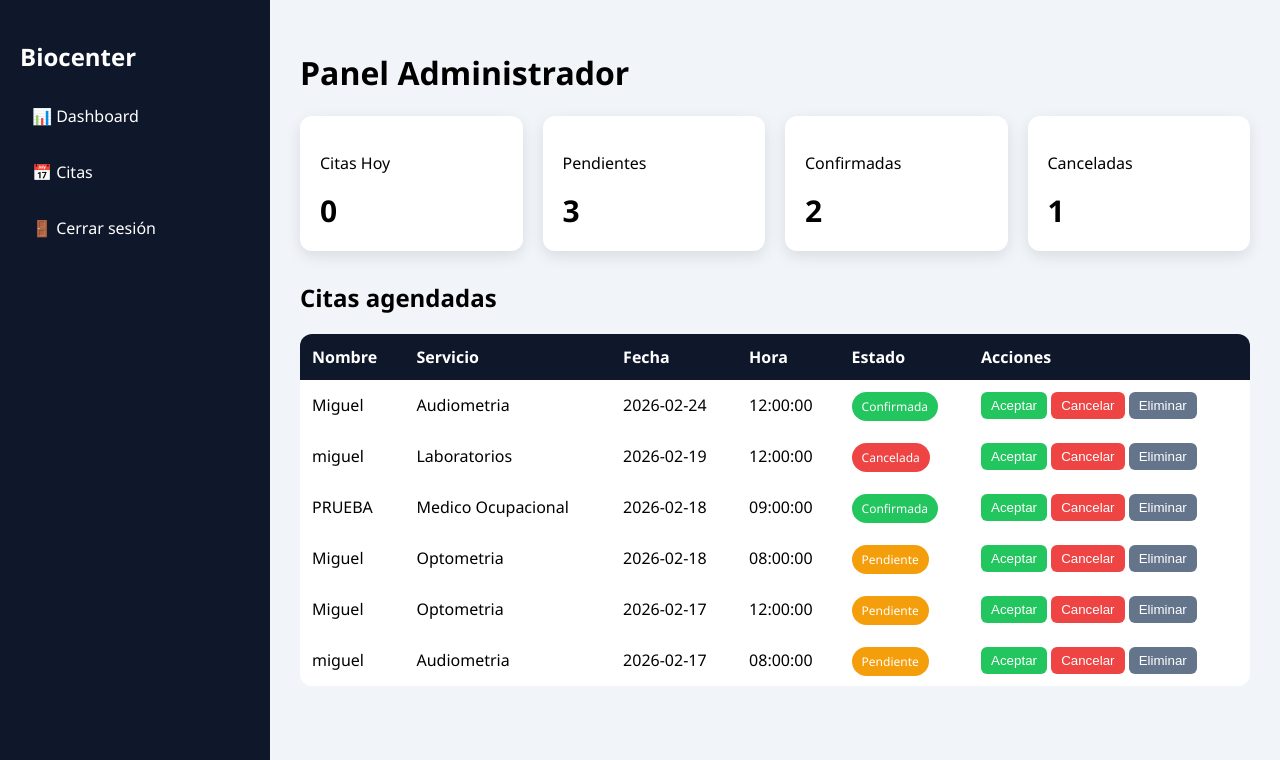
Repository: Miguelperdomo/Biocenter
Page: http://localhost/public_html/PHP/panel.php
These files come from the project's save history. The page is drawn as it stood at one moment and after the next save; the edit follows.
The browser window is 1280 px wide. The pictures show the whole page.
The page is run by PHP 8.4 with error messages shown; the project is at /var/www/html/. The session is filled in as if someone had signed in: {"admin": {"id": 1, "usuario": "admin", "email": "perdomomiguel2004@gmail.com"}}. Other server files are loaded and not shown. The database holds what the project's SQL file puts in it.

Above is the page before, as saved 2026-02-18 09:17:49.

### PHP/panel.php
<?php
session_start();
require "../conection/conexion.php";

if(!isset($_SESSION['admin'])){
    header("Location: ../login.php");
    exit();
}

/* CONTADORES */
$hoy = date("Y-m-d");

$citasHoy = $conn->query("SELECT COUNT(*) total FROM citas WHERE fecha='$hoy'")->fetch_assoc()['total'];
$pendientes = $conn->query("SELECT COUNT(*) total FROM citas WHERE estado='Pendiente'")->fetch_assoc()['total'];
$confirmadas = $conn->query("SELECT COUNT(*) total FROM citas WHERE estado='Confirmada'")->fetch_assoc()['total'];
$canceladas = $conn->query("SELECT COUNT(*) total FROM citas WHERE estado='Cancelada'")->fetch_assoc()['total'];

/* LISTAR CITAS */
$citas = $conn->query("SELECT * FROM citas ORDER BY fecha DESC, hora DESC");
?>

<!DOCTYPE html>
<html lang="es">
<head>
<meta charset="UTF-8">
<meta name="viewport" content="width=device-width, initial-scale=1.0">
<title>Panel Admin</title>

<style>
body{margin:0;font-family:'Segoe UI';display:flex;background:#f1f5f9;}
.sidebar{width:230px;background:#0f172a;height:100vh;color:white;padding:20px;}
.sidebar a{display:block;color:white;text-decoration:none;padding:12px;margin:10px 0;border-radius:6px;}
.sidebar a:hover{background:#2563eb;}
.main{flex:1;padding:30px;}

.cards{display:grid;grid-template-columns:repeat(auto-fit,minmax(200px,1fr));gap:20px;margin-bottom:30px;}
.card{background:white;padding:20px;border-radius:12px;box-shadow:0 5px 15px rgba(0,0,0,.1);}
.card h3{margin:0;font-size:30px;}

table{width:100%;border-collapse:collapse;background:white;border-radius:12px;overflow:hidden;}
th,td{padding:12px;text-align:left;}
th{background:#0f172a;color:white;}

.estado{
    padding:6px 10px;
    border-radius:20px;
    color:white;
    font-size:12px;
}
.pendiente{background:#f59e0b;}
.confirmada{background:#22c55e;}
.cancelada{background:#ef4444;}

.btn{padding:6px 10px;border:none;border-radius:6px;color:white;cursor:pointer;}
.accept{background:#22c55e;}
.cancel{background:#ef4444;}
.delete{background:#64748b;}


/* ================= RESPONSIVE PANEL ================= */

@media(max-width: 900px){

    body{
        flex-direction:column;
    }

    .sidebar{
        width:100%;
        height:auto;
        display:flex;
        justify-content:space-around;
        align-items:center;
        padding:10px;
    }

    .sidebar h2{
        display:none;
    }

    .sidebar a{
        margin:0;
        font-size:14px;
        padding:10px;
    }

    .main{
        padding:15px;
    }

    .cards{
        grid-template-columns:1fr 1fr;
        gap:10px;
    }

}

/* ===== MODAL PROFESIONAL ===== */

.modal{
    display:none;
    position:fixed;
    top:0; left:0;
    width:100%; height:100%;
    background:rgba(0,0,0,.6);
    justify-content:center;
    align-items:center;
    z-index:999;
}

.modal-content{
    background:white;
    padding:30px;
    border-radius:12px;
    width:350px;
    text-align:center;
    animation:fade .3s ease;
}

@keyframes fade{
    from{transform:scale(.8);opacity:0;}
    to{transform:scale(1);opacity:1;}
}

.modal h3{
    margin-top:0;
}

.confirm{
    background:#2563eb;
}

.close{
    background:#64748b;
    margin-right:10px;
}


/* ================= TABLA RESPONSIVE ================= */

@media(max-width:700px){

    .cards{
        grid-template-columns:1fr;
    }

    table{
        display:block;
        overflow-x:auto;
        white-space:nowrap;
    }

    th,td{
        font-size:14px;
        padding:10px;
    }

}

/* ================= BOTONES MOVIL ================= */

@media(max-width:500px){

    .btn{
        display:block;
        width:100%;
        margin-bottom:5px;
    }

}



</style>
</head>

<body>

<div class="sidebar">
<h2>Biocenter</h2>
<a href="#">📊 Dashboard</a>
<a href="#">📅 Citas</a>
<a href="logout.php">🚪 Cerrar sesión</a>
</div>

<div class="main">

<h1>Panel Administrador</h1>

<!-- CONTADORES -->
<div class="cards">
<div class="card"><p>Citas Hoy</p><h3><?=$citasHoy?></h3></div>
<div class="card"><p>Pendientes</p><h3><?=$pendientes?></h3></div>
<div class="card"><p>Confirmadas</p><h3><?=$confirmadas?></h3></div>
<div class="card"><p>Canceladas</p><h3><?=$canceladas?></h3></div>
</div>

<h2>Citas agendadas</h2>

<table>
<tr>
<th>Nombre</th>
<th>Servicio</th>
<th>Fecha</th>
<th>Hora</th>
<th>Estado</th>
<th>Acciones</th>
</tr>

<?php while($row=$citas->fetch_assoc()): ?>

<tr>
<td><?=$row['nombre_completo']?></td>
<td><?=$row['tipo_servicio']?></td>
<td><?=$row['fecha']?></td>
<td><?=$row['hora']?></td>

<td>
<span class="estado
<?=
$row['estado']=="Pendiente"?"pendiente":
($row['estado']=="Confirmada"?"confirmada":"cancelada")
?>">
<?=$row['estado']?>
</span>
</td>

<td>

<button type="button" class="btn accept" onclick="abrirModal(<?=$row['id']?>,'confirmar')">
Aceptar
</button>


<button type="button" class="btn cancel" onclick="abrirModal(<?=$row['id']?>,'cancelar')">
Cancelar
</button>


<button type="button" class="btn delete" onclick="abrirModal(<?=$row['id']?>,'eliminar')">
Eliminar
</button>


</td>

</tr>
<!-- MODAL CONFIRMACION ACEPTAR -->
<div id="modalConfirm" class="modal">
    <div class="modal-content">
        <h3 id="modalTitle"></h3>
        <p id="modalText"></p>

        <form id="formAction" method="POST" action="PHP/accion_cita.php">
            <input type="hidden" name="id" id="citaId">
            <input type="hidden" name="accion" id="accionTipo">

            <button type="button" class="btn close" onclick="closeModal()">Cancelar</button>
            <button class="btn confirm">Confirmar</button>
        </form>
    </div>
</div>



<?php endwhile; ?>

</table>

</div>
</body>

<script>

function abrirModal(id, accion){

    document.getElementById("citaId").value = id;
    document.getElementById("accionTipo").value = accion;

    let titulo = "";
    let texto = "";

    if(accion=="confirmar"){
        titulo = "Confirmar Cita";
        texto = "¿Deseas CONFIRMAR esta cita?";
    }

    if(accion=="cancelar"){
        titulo = "Cancelar Cita";
        texto = "¿Seguro deseas CANCELAR esta cita?";
    }

    if(accion=="eliminar"){
        titulo = "Eliminar Cita";
        texto = "Esta acción marcará la cita como cancelada.";
    }

    document.getElementById("modalTitle").innerText = titulo;
    document.getElementById("modalText").innerText = texto;

    document.getElementById("modalConfirm").style.display="flex";
}

function closeModal(){
    document.getElementById("modalConfirm").style.display="none";
}

</script>

</html>

### conection/conexion.php
<?php
$host="localhost";
$user="root";
$pass="";
$db="biocenter";

$conn=new mysqli($host,$user,$pass,$db);

if($conn->connect_error){
    die("Error de conexión");
}
?>

### biocenter (2).sql (the tables this page reads)
CREATE TABLE `citas` (
  `id` int(11) NOT NULL,
  `nombre_completo` varchar(150) NOT NULL,
  `email` varchar(120) NOT NULL,
  `telefono` varchar(20) NOT NULL,
  `tipo_servicio` enum('Medico Ocupacional','Optometria','Audiometria','Laboratorios') NOT NULL,
  `tipo_usuario` enum('Persona Natural','Empresa') NOT NULL,
  `fecha` date NOT NULL,
  `hora` time NOT NULL,
  `estado` enum('Pendiente','Confirmada','Cancelada') DEFAULT 'Pendiente',
  `fecha_registro` timestamp NOT NULL DEFAULT current_timestamp(),
  `observaciones` text DEFAULT NULL
) ENGINE=InnoDB DEFAULT CHARSET=utf8mb4 COLLATE=utf8mb4_general_ci;

INSERT INTO `citas` (`id`, `nombre_completo`, `email`, `telefono`, `tipo_servicio`, `tipo_usuario`, `fecha`, `hora`, `estado`, `fecha_registro`, `observaciones`) VALUES
(1, 'Miguel', 'sistemas@gamil.com', '3160539301', 'Optometria', 'Persona Natural', '2026-02-18', '08:00:00', 'Pendiente', '2026-02-17 17:58:15', 'Pruebaaa'),
(2, 'PRUEBA', 'thebugscompile@gmail.com', '3133854821', 'Medico Ocupacional', 'Empresa', '2026-02-18', '09:00:00', 'Confirmada', '2026-02-17 18:01:56', 'Purba'),
(3, 'miguel', 'biocentersaludocupacional@gmail.com', '3123591195', 'Laboratorios', 'Empresa', '2026-02-19', '12:00:00', 'Cancelada', '2026-02-17 18:03:08', 'sdfafaswdfasdf'),
(4, 'Miguel', 'thebugscompile@gmail.com', '3160539301', 'Optometria', 'Empresa', '2026-02-17', '12:00:00', 'Pendiente', '2026-02-17 18:10:38', 'sdds'),
(5, 'miguel', 'biocentersaludocupacional@gmail.com', '3133854821', 'Audiometria', 'Empresa', '2026-02-17', '08:00:00', 'Pendiente', '2026-02-17 18:13:50', 'VJF'),
(6, 'Miguel', 'thebugscompile@gmail.com', '3133854821', 'Audiometria', 'Empresa', '2026-02-24', '12:00:00', 'Confirmada', '2026-02-17 18:19:38', 'prueba');

ALTER TABLE `citas`
  ADD PRIMARY KEY (`id`);

ALTER TABLE `citas`
  MODIFY `id` int(11) NOT NULL AUTO_INCREMENT, AUTO_INCREMENT=8;

After the next save:
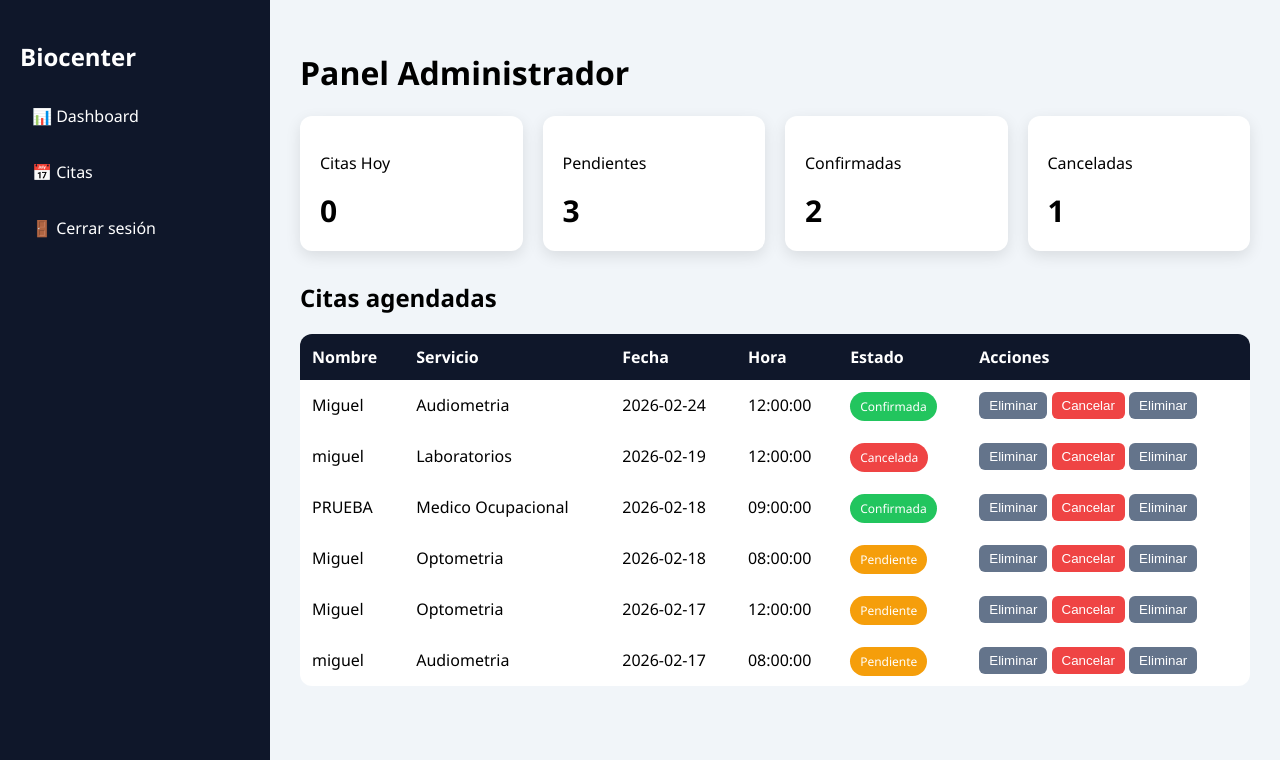
Saved 6 min 19 s later.
--- a/PHP/panel.php
+++ b/PHP/panel.php
@@ -227,8 +227,8 @@ $row['estado']=="Pendiente"?"pendiente":
 
 <td>
 
-<button type="button" class="btn accept" onclick="abrirModal(<?=$row['id']?>,'confirmar')">
-Aceptar
+<button type="button" class="btn delete" onclick="abrirModal(<?=$row['id']?>,'eliminar')">
+Eliminar
 </button>
 
 
